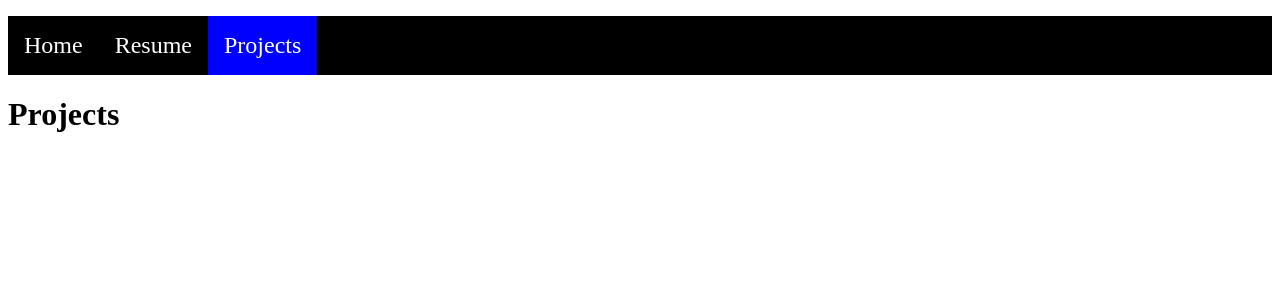
Repository: ChristianCain/ChristianCain.github.io
Page: html/project1.html
The author's editor kept a record of every edit. The page is drawn from the files as they stood at one moment, then again after the next edit.
The browser window is 1280 px wide. The pictures show the whole page.

Above is the page before.

### html/project1.html
<!DOCTYPE html>
<html>
    <head>

        <title>Home</title>

        <link rel="stylesheet" type="text/css" href="style.css">

    </head>
    <body>
        <ul class="navbar">
            <li><a href="./">Home</a></li>
            <li><a href="">Resume</a></li>
            <li class = "dropdown"</li>
                <div class="active">Projects</div>
                <ul class="dropdown-content">
                    <li><a href="#">Project 1</a></li>
                    <li><a href="#">Project 2</a></li>
                    <li><a href="#">Project 3</a></li>

                </ul>


        </ul>

        <h1>Projects</h1>


    </body>
</html>

### html/style.css



            .navbar{
            list-style: none;
            background-color: black;
            overflow: hidden;
            padding: 0;
            }


            .navbar a, .dropdown div{
                text-decoration: none;
                color: white;
                font-size: 24px;
                padding: 16px;
                display: inline-block;

            }
            .navbar li{
                float: left;
            }

            .navbar li:hover{
                background-color:pink;
            }

            .dropdown-content{
                list-style: none;
                padding: 0;
                display: none;
                position: absolute;
                z-index: 1;
                background-color: black;

            }

            .dropdown-content li{
                float: none;
            }

            .dropdown:hover .dropdown-content{
                display: block;
            }

            .active{
                background-color: blue;
            }

After the next edit:
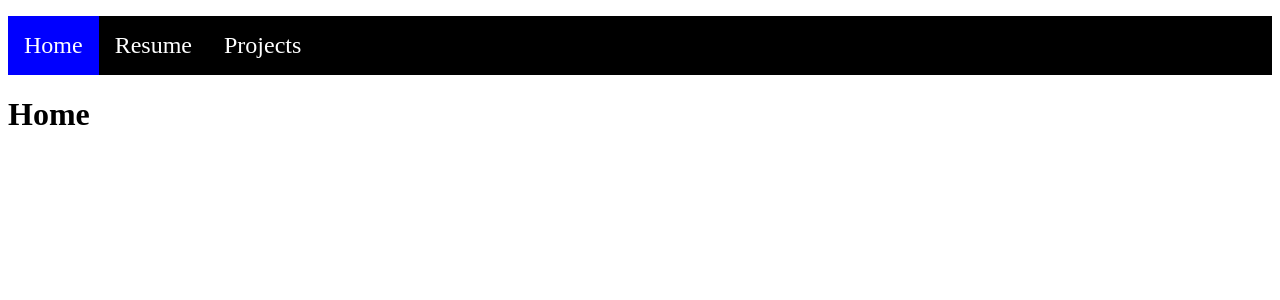
The edit:
--- a/html/project1.html
+++ b/html/project1.html
@@ -9,12 +9,12 @@
     </head>
     <body>
         <ul class="navbar">
-            <li><a href="./">Home</a></li>
-            <li><a href="">Resume</a></li>
+            <li class="active"><a href="./">Home</a></li>
+            <li><a href="resume.html">Resume</a></li>
             <li class = "dropdown"</li>
-                <div class="active">Projects</div>
+                <div>Projects</div>
                 <ul class="dropdown-content">
-                    <li><a href="#">Project 1</a></li>
+                    <li class="active"><a href="#">Project 1</a></li>
                     <li><a href="#">Project 2</a></li>
                     <li><a href="#">Project 3</a></li>
 
@@ -23,7 +23,7 @@
 
         </ul>
 
-        <h1>Projects</h1>
+        <h1>Home</h1>
 
 
     </body>
